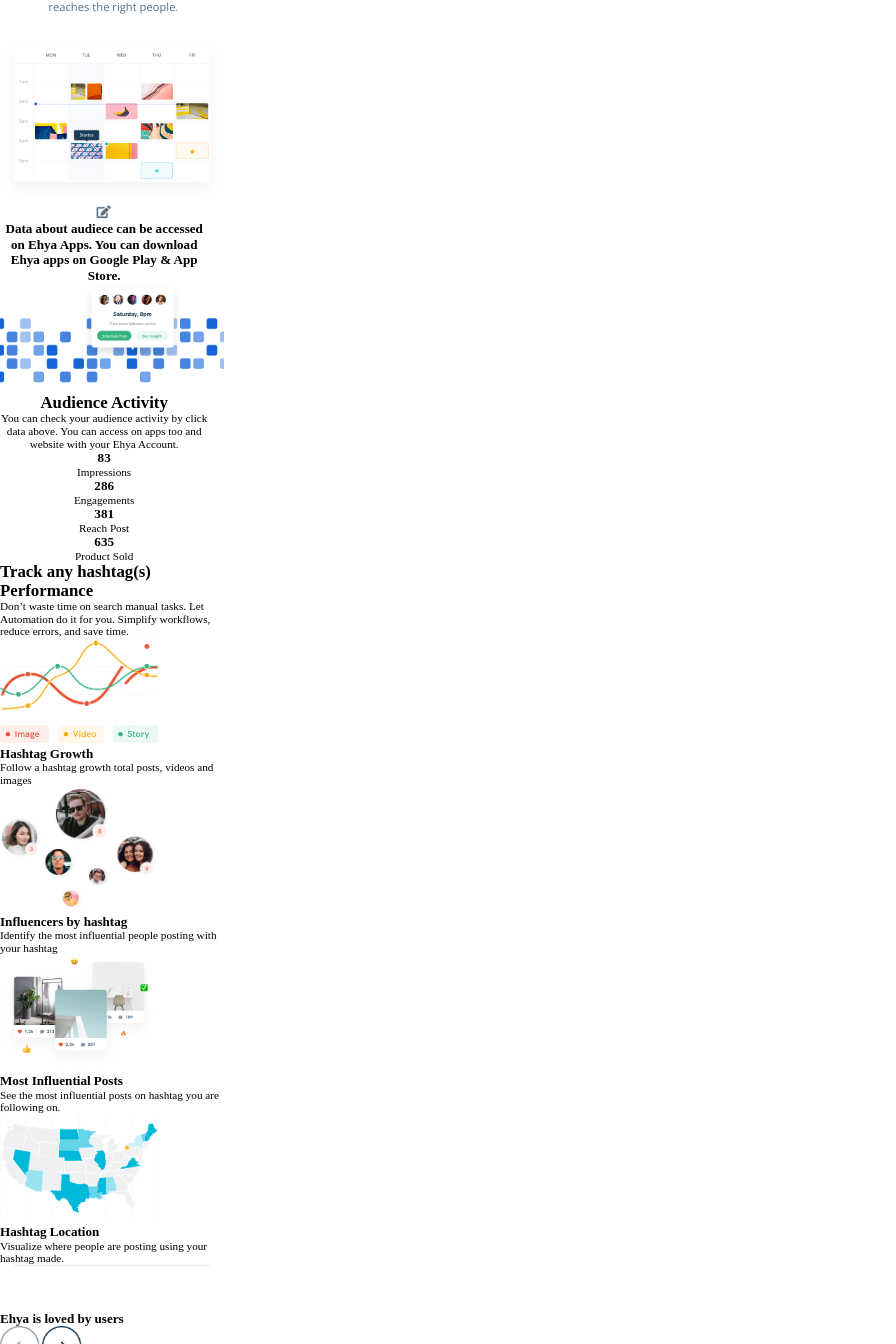
Repository: Eduardo-Tamborelli-Ferreira-lino/FrontEnd
Page: projetos/Prova-CSS/index.html
An editor plug-in stored every save of this project. The page is shown before and after the next save, followed by the edit.
The browser window is 1280 px wide. The pictures show the part of the page from y = 1855 to 3775 px (the page is 5200 px tall before and 5156 px after), at 70% of full size.

Above is the page before, as saved 2026-03-12 14:06:59.

### projetos/Prova-CSS/index.html
<!DOCTYPE html>
<html lang="en">

<head>
    <meta charset="UTF-8">
    <meta name="viewport" content="width=device-width, initial-scale=1.0">
    <link rel="stylesheet" href="style.css">
    <title>Ehya</title>
</head>

<body>
    <div id="background-start"></div>

    <!-- Construção do Header Para o Desktop e Mobile -->
    <header class="container">
        <div class="logo">
            <img src="./Image/Header/Logo.png" alt="Website brand logo">
        </div>
        <div id="menu-mobile">
            <img src="./Image/Header/Menu_hamburger.png" alt="Hamburger menu for website actions. ">
        </div>
        <div id="menu-desktop">
            <nav>
                <ul>
                    <li><a href="#">Home</a></li>
                    <li><a href="#">Landings</a></li>
                    <li><a href="#">Pages</a></li>
                    <li><a href="#">Docs</a></li>
                    <li><a href="#">Help</a></li>
                    <li><a href="#">Get it now</a></li>
                </ul>
            </nav>
        </div>

    </header>


    <main>

        <section id="hero">

            <div id="hero-content" , class="container">
                <div id="hero-title">
                    <h1>
                        Track Instagram
                        Business Performance
                    </h1>
                </div>
                <div id="hero-subtitle">
                    <p>
                        Ehya is the Instagram analytics platform teams use to stay focused on the goals, track
                        engagement for report your business .
                    </p>
                </div>
                <div id="hero-button">
                    <a href="#">Get 14-Days Trial</a>
                </div>
                <div id="Dashboard">
                    <img src="./Image/Main/Dashboard/Dashboard.png"
                        alt="Dashboard to the Most Imports Information on Brand">
                </div>
            </div>

        </section>

        <section id="partners" , class="container">

            <div id="all-partners">
                <div class="partners-image">
                    <div id="Slack">
                        <img src="./Image/Main/Brands/Slack.png" alt="Image of Partner Slack">
                    </div>
                </div>
                <div class="partners-image">
                    <div id="Netflix">
                        <img src="./Image/Main/Brands/Netflix.png" alt="Image of Partner Netflix">
                    </div>
                </div>
                <div class="partners-image">
                    <div id="Google">
                        <img src="./Image/Main/Brands/Google.png" alt="Image of Partner Google">
                    </div>
                </div>
                <div class="partners-image">
                    <div id="Airbnb">
                        <img src="./Image/Main/Brands/Airbnb.png" alt="Image of Partner Airbnb">
                    </div>
                </div>
                <div class="partners-image">
                    <div id="Uber">
                        <img src="./Image/Main/Brands/Uber.png" alt="Image of Partner Uber">
                    </div>
                </div>




            </div>

        </section>

        <div class="line-divider"></div>

        <section id="main-content" , class="container">

            <div id="Feature">

                <div id="impressions">
                    <div id="impressions-title">
                        <h2>
                            Measure Impressions
                            and Reach Post
                        </h2>
                    </div>
                    <div id="impressions-subtitle">
                        <p>
                            Graphs displaying your performance
                            for metrics like follower
                            evolution, average engagement rate
                            per post and reach
                            and impressions to give you the
                            insights.
                        </p>
                    </div>
                    <div id="impressions-button">
                        <a href="#">Learn More</a>
                        <img src="./Image/Main/Icons/Icon_Arrow.png"
                            alt="Arrow to indicate that the button leads to another page. ">
                    </div>
                    <div id="impressions-graph">
                        <img src="./Image/Main/Graph/Graph.png"
                            alt="Graph of Impressions and Reach History of the Brand">
                    </div>
                </div>

                <div id="schedule">

                    <div id="schedule-title">
                        <h2>
                            Schedule Your Post
                            Whenever You Want
                        </h2>
                    </div>
                    <div id="schedule-subtitle">
                        <p>
                            Publish your content automatically. Built-in features, such as Best Time to Post,
                            Geolocation, User Tag, and more, ensure that your content reaches the right people.
                        </p>
                    </div>
                    <div id="schedule-graph">
                        <img src="./Image/Main/Graph/Week_Graph .png" alt="Graph of week's agenda">
                    </div>
                    <div id="line-divider-schedule"></div>
                    <div id="schedule-help">
                        <img src="./Image/Main/Icons/Icon_pencil.png" alt="icon to indicate editing">
                        <h3>
                            Data about audiece can be accessed on Ehya Apps.
                            You can download Ehya apps on Google Play & App Store.
                        </h3>
                    </div>

                </div>

            </div>

            <div id="audience">

                <div id="audience-image">
                    <img src="./Image/Main/Graph/follows_Graph .png" alt="Audience Viewing Image">
                </div>

                <div id="audience-title">
                    <h2>
                        Audience Activity
                    </h2>
                </div>

                <div id="audience-subtitle">
                    <p>
                        You can check your audience activity by click data above.
                        You can access on apps too and website with your Ehya Account.
                    </p>
                </div>

                <div id="audience-activity">
                    <div class="audience-informations">
                        <h3>
                            83
                        </h3>
                        <p>
                            Impressions
                        </p>
                    </div>
                    <div class="audience-informations">
                        <h3>
                            286
                        </h3>
                        <p>
                            Engagements
                        </p>
                    </div>
                    <div class="audience-informations">
                        <h3>
                            381
                        </h3>
                        <p>
                            Reach Post
                        </p>
                    </div>
                    <div class="audience-informations">
                        <h3>
                            635
                        </h3>
                        <p>
                            Product Sold
                        </p>
                    </div>
                </div>

            </div>

        </section>

        <section id="track-background">

            <section id="track-hashtag" , class="container">

                <div id="track-title">
                    <h2>
                        Track any hashtag(s) Performance
                    </h2>
                </div>
                <div id="track-subtitle">
                    <p>
                        Don’t waste time on search manual tasks. Let Automation do it for you.
                        Simplify workflows, reduce errors, and save time.
                    </p>
                </div>
                <div class="track-card">
                    <div id="card-graph">
                        <img src="./Image/Main/Track-card/Graph-card.png" alt="Graph of hashtag Growth">
                    </div>
                    <div id="Graph-description">
                        <img src="./Image/Main/Track-card/Graph-information.png"
                            alt="Description of each line in the graph">
                    </div>
                    <div class="card-title">
                        <h3>
                            Hashtag Growth
                        </h3>
                    </div>
                    <div class="card-subtitle">
                        <p>
                            Follow a hashtag growth total posts, videos
                            and images
                        </p>
                    </div>
                </div>
                <div class="track-card">
                    <div id="card-image">
                        <img src="./Image/Main/Track-card/Influencers.png" alt="Influencers by hashtag">
                    </div>
                    <div class="card-title">
                        <h3>
                            Influencers by hashtag
                        </h3>
                    </div>
                    <div class="card-subtitle">
                        <p>
                            Identify the most influential people posting with
                            your hashtag
                        </p>
                    </div>
                </div>
                <div class="track-card">
                    <div id="card-posts">
                        <img src="./Image/Main/Track-card/Posts.png" alt="Most Influential Posts">
                    </div>
                    <div class="card-title">
                        <h3>
                            Most Influential Posts
                        </h3>
                    </div>
                    <div class="card-subtitle">
                        <p>
                            See the most influential posts on hashtag you
                            are following on.
                        </p>
                    </div>
                </div>
                <div class="track-card">
                    <div id="card-Map">
                        <img src="./Image/Main/Track-card/Map.png" alt="Map of Hashtag Location">
                    </div>
                    <div class="card-title">
                        <h3>
                            Hashtag Location
                        </h3>
                    </div>
                    <div class="card-subtitle">
                        <p>
                            Visualize where people are posting using your
                            hashtag made.
                        </p>
                    </div>
                </div>
            </section>

            <div class="line-divider"></div>

            <section id="testimonials" , class="container">

                <div id="testimonials-hearder">
                    <div id="testimonials-title">
                        <h3>
                            Ehya is loved by users
                        </h3>
                    </div>
                    <div id="testimonials-arrows">
                        <img src="./Image/Main/testimonials/Button-arrow-left.png"
                            alt="Left Arrom To Move for the last testimonials">
                        <img src="./Image/Main/testimonials/Button-arrow-right.png"
                            alt="Right Arrom To Move for the Next testimonials">
                    </div>
                </div>
                <div id="testimonials-box">
                    <div class="testimonials-card">
                        <div class="card-photos">
                            <img src="./Image/Main/testimonials/Photo-jaquon.png" alt="Photo of Jaquon Hart">
                        </div>
                        <div class="card-stars">
                            <img src="./Image/Main/testimonials/Star-Jaquon.png" alt="User Rating">
                        </div>
                        <div class="testimonials-text">
                            <h5>
                                “With Ehya, we’re able to easily track our performance in full detail.
                                It’s become an essential tool for us to grow and engage with our audience.”
                            </h5>
                        </div>
                        <div class="testimonials-identification">
                            <h4 class="testimonials-name">
                                Jaquon Hart
                            </h4>
                            <p class="testimonials-Job">
                                Digital Marketing Executive, Hypebeast
                            </p>
                        </div>
                    </div>
                    <div class="testimonials-card">
                        <div class="card-photos">
                            <img src="./Image/Main/testimonials/Phto-Harider.png" alt="Photo of Harider Bharwal">
                        </div>
                        <div class="card-stars">
                            <img src="./Image/Main/testimonials/Star-Harider.png" alt="User Rating">
                        </div>
                        <div class="testimonials-text">
                            <h5>
                                “With Ehya, we’re able to easily track our performance in full detail.
                                It’s become an essential tool for us to grow and engage with our audience.”
                            </h5>
                        </div>
                        <div class="testimonials-identification">
                            <h4 class="testimonials-name">
                                Harider Bharwal
                            </h4>
                            <p class="testimonials-Job">
                                Product Manager of Salestation Asia
                            </p>
                        </div>
                    </div>
                </div>

            </section>

        </section>


        <section id="sing-up">

            <div id="sign-box">
                <div id="sign-left-image">
                    <img src="./Image/Main/Sing/Left-side.png" alt="Left Side Images">
                </div>
                <div id="sign-information">
                    <div id="Information-title">
                        <h2>
                            Grow your brand
                            presence on social media.
                        </h2>
                    </div>
                    <div id="Information-text">
                        <p>
                            Try Ehya free for 14 days. No credit card required.
                        </p>
                    </div>
                    <div id="Information-button">
                        <a href="#">Sign Up for Free Trial</a>
                    </div>
                </div>
                <div id="sign-right-image">
                    <img src="./Image/Main/Sing/Right side.png" alt="right Side Images">
                </div>
            </div>

        </section>

    </main>

    <footer>

        <section id="main-footer" , class="container">

            <section id="footer-about">
                <div class="logo">
                    <img src="./Image/Header/Logo.png" alt="Logo of the brand">
                </div>
                <div id="footer-about-description">
                    <p>
                        Build a modern and creative website with crealand
                    </p>
                </div>
                <div id="about-social-icons">
                    <img src="./Image/Footer/Icons/Google-icon.png" alt="Google Icon">
                    <img src="./Image/Footer/Icons/Twitter-icon.png" alt="Twitter Icon">
                    <img src="./Image/Footer/Icons/Instagram-icon.png" alt="Instagram Icon">
                    <img src="./Image/Footer/Icons/linkedin-icon.png" alt="Linkedin Icon">
                </div>
            </section>

            <section id="links-products">
                <div class="links-box">
                    <div class="links-title">
                        Product
                    </div>
                    <div class="links">
                        <nav>
                            <ul>
                                <li><a href="#">Landingpage</a></li>
                                <li><a href="#">Features</a></li>
                                <li><a href="#">Documentation</a></li>
                                <li><a href="#">Referral Program</a></li>
                                <li><a href="#">Pricing</a></li>
                            </ul>
                        </nav>
                    </div>
                </div>
                <div class="links-box">
                    <div class="links-title">
                        Services
                    </div>
                    <div class="links">
                        <nav>
                            <ul>
                                <li><a href="#">Documentation</a></li>
                                <li><a href="#">Design</a></li>
                                <li><a href="#">Themes</a></li>
                                <li><a href="#">Illustrations</a></li>
                                <li><a href="#">UI Kit</a></li>
                            </ul>
                        </nav>
                    </div>
                </div>
                <div class="links-box">
                    <div class="links-title">
                        Company
                    </div>
                    <div class="links">
                        <nav>
                            <ul>
                                <li><a href="#">About</a></li>
                                <li><a href="#">Terms</a></li>
                                <li><a href="#">Privacy Policy</a></li>
                                <li><a href="#">Careers</a></li>
                            </ul>
                        </nav>
                    </div>
                </div>
                <div class="links-box">
                    <div class="links-title">
                        More
                    </div>
                    <div class="links">
                        <nav>
                            <ul>
                                <li><a href="#">Documentation</a></li>
                                <li><a href="#">License</a></li>
                                <li><a href="#">Changelog</a></li>
                            </ul>
                        </nav>
                    </div>
                </div>
            </section>

            <section id="copyright">

                <div id="copyright-heart">
                    <img src="./Image/Footer/Heart/Heart.png" alt="Heart Icon">
                </div>
                <div id="copyright-text">
                    <p>
                        Copyright © 2019. Crafted with love.
                    </p>
                </div>

            </section>

        </section>

    </footer>

</body>

</html>

### projetos/Prova-CSS/style.css
@import url('https://fonts.googleapis.com/css2?family=Inter:ital,opsz,wght@0,14..32,100..900;1,14..32,100..900&family=Open+Sans:ital,wght@0,300..800;1,300..800&display=swap');

*{
    padding: 0;
    margin: 0;
    box-sizing: border-box;
}

:root{
    --Title-font: "Inter";
    --Text-font: "Open Sans";
    --Numbers-color: #FAAD13;
    --title-color:#183B56;
    --Text-color: #5A7184;
    --color-track: #F9FBFE;
    --color-header: rgba(250, 173, 19, 0.1);
    --links-color: #183B56;
}

a{
    text-decoration: none;
    color: var(--links-color);
}

li{
    list-style: none;
    cursor: pointer;
}

body{
    width: 20rem;
    height: 100vh;
}

#background-start{
    width: 20rem;
    height: 36.125rem;
    background-color: var(--color-header);
    position: absolute;
    z-index: -2;
    margin: 0 auto;
    top: 0;
    left: 0;
}

header{
    display: flex;
    justify-content: space-around;
    align-items: center;
    z-index: 10;
    gap: 10.688rem;
    margin: 1.125rem 1.5rem 3rem 1.125rem;
}

#menu-desktop{
    display: none;
}

#hero{
    width: 20rem;
    text-align: center;
}

#hero-title h1{
    font-family: var(--Title-font);
    font-weight: 700;
    font-size: 2rem;
    line-height: 2.5rem;
    letter-spacing: 0.013rem;
    color: var(--title-color);
    margin-bottom: 1.5rem;
}

#hero-subtitle p{
    width: 17.5rem;
    font-family: var(--Text-font);
    color: var(--Text-color);
    font-weight: 400;
    font-size: 1rem;
    line-height: 1.75rem;
    letter-spacing: 0;
    margin: 0 1.25rem 2.5rem 1.25rem;
}

#hero-button{
    display: flex;
    justify-content: center;
    align-items: center;
    width: 12.5rem;
    height: 3rem;
    background-color: #183B56;
    border-radius: 0.5rem;
    margin: 0 3.75rem;
}

#hero-button a{
    color: #FFFFFF;
    font-size: 1rem;
    font-weight: 700;
    line-height: 100%;
    letter-spacing: 0;
    text-align: center;
}

#Dashboard img{
    margin-top: 3rem;
    margin-bottom: 4rem;
}

#partners{
    width: 18.471rem;
    height: 11.344rem;
    margin-left: 0.75rem;
}

#all-partners{
    display: flex;
    gap: 1rem;
    flex-wrap: wrap;
}

.partners-image{
    width: 42%;
    flex-grow: 0;
}

#Uber{
    margin-left: 4.063rem;
}

.line-divider{
    width: 17.5rem;
    height: 0.063rem;
    border-radius: 0.063rem;
    background-color: #E3E7ED;
    margin-left: 1.25rem;
    margin-bottom: 4.031rem;
}

#main-content{
    width: 18.6rem;
    text-align: center;
}

#impressions-title h2{
    width: 17.5rem;
    font-weight: 700;
    font-size: 1.5rem;
    line-height: 2.25rem;
    letter-spacing: 0.013rem;
    color: var(--title-color);
    font-family: var(--Title-font);
    margin: auto 1.375rem;
}

#impressions-subtitle p{
    width: 17.5rem;
    font-family: var(--Text-font);
    font-weight: 400;
    font-size: 1rem;
    line-height: 1.75rem;
    letter-spacing: 0;
    color: var(--Text-color);
    margin: 1.25rem 0 2rem 1.375rem;
}

#impressions-button{
    width: 7.313rem;
    margin: 0 0 2.25rem 6.5rem;
    display: flex;
    justify-content: center;
    align-items: center;
    gap: 0.75rem;
}

#impressions-button a{
    font-weight: 700;
    font-size: 1rem;
    line-height: 100%;
    letter-spacing: 0;
    font-family: var(--Text-font);
    color: #1565D8;
}

#impressions-button img{
    width: 0.688rem;
    height: 0.875rem;
}

#impressions-graph img{
    width: 17.724rem;
    margin-left: 2.188rem;
    margin-bottom: 4.533rem;
}

#schedule-title h2{
    width: 17.5rem;
    font-weight: 700;
    font-size: 1.75rem;
    line-height: 2.25rem;
    letter-spacing: 0.013rem;
    color: var(--title-color);
    font-family: var(--Title-font);
    margin: auto 1.375rem;
}

#schedule-subtitle p{
    width: 17.5rem;
    font-family: var(--Text-font);
    font-weight: 400;
    font-size: 1rem;
    line-height: 1.75rem;
    letter-spacing: 0;
    color: var(--Text-color);
    margin: 1.25rem 0 2rem 1.375rem;
}

#schedule-graph{
    width: 17.;
}

.track-card img{
    width: 14.156rem;
}

#sign-box img{
    width: 14.156rem;
}

After the next save:
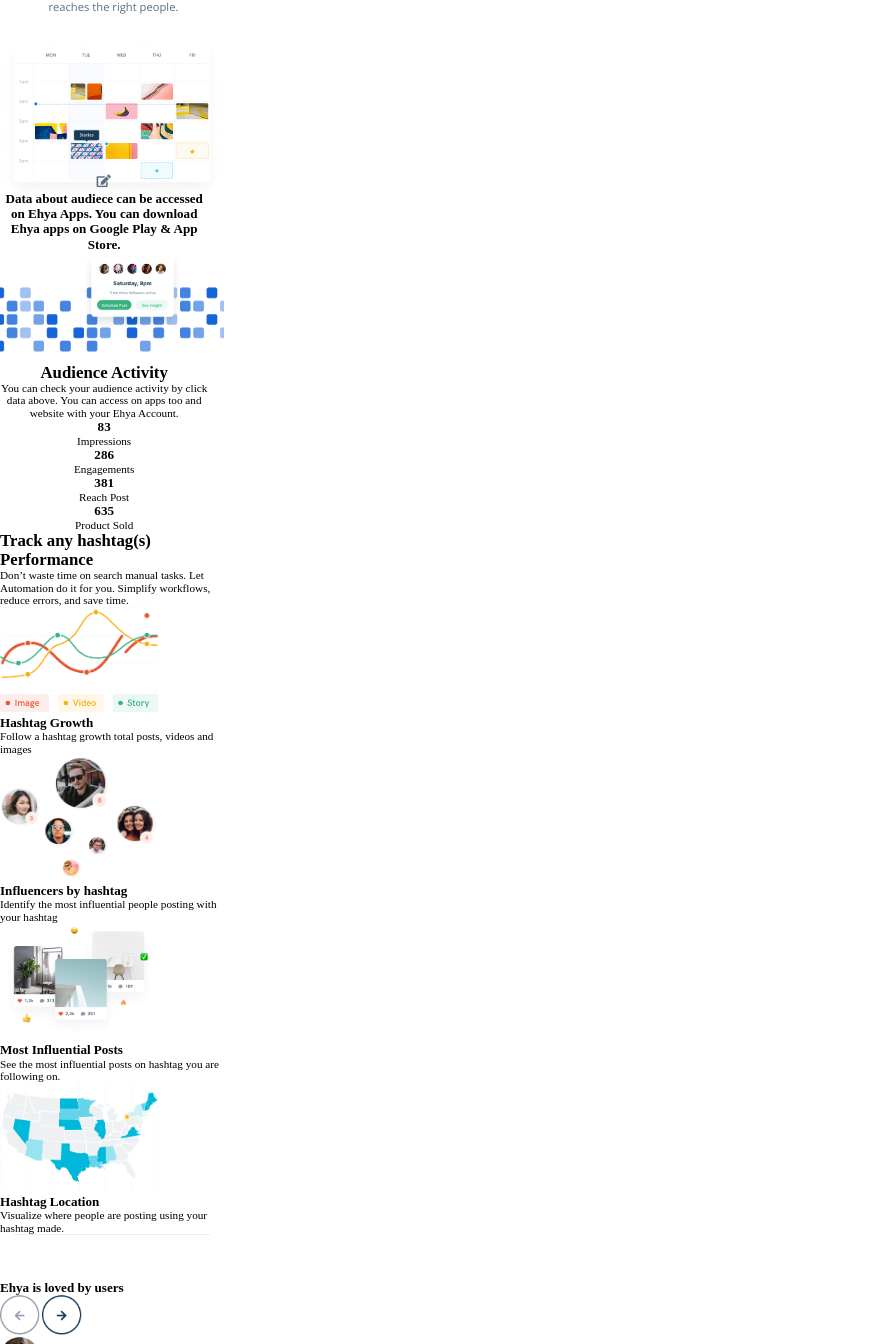
Saved 5 s later.
--- a/projetos/Prova-CSS/style.css
+++ b/projetos/Prova-CSS/style.css
@@ -216,7 +216,8 @@
 }
 
 #schedule-graph{
-    width: 17.;
+    width: 17.5;
+    height: 12.108rem;
 }
 
 .track-card img{
